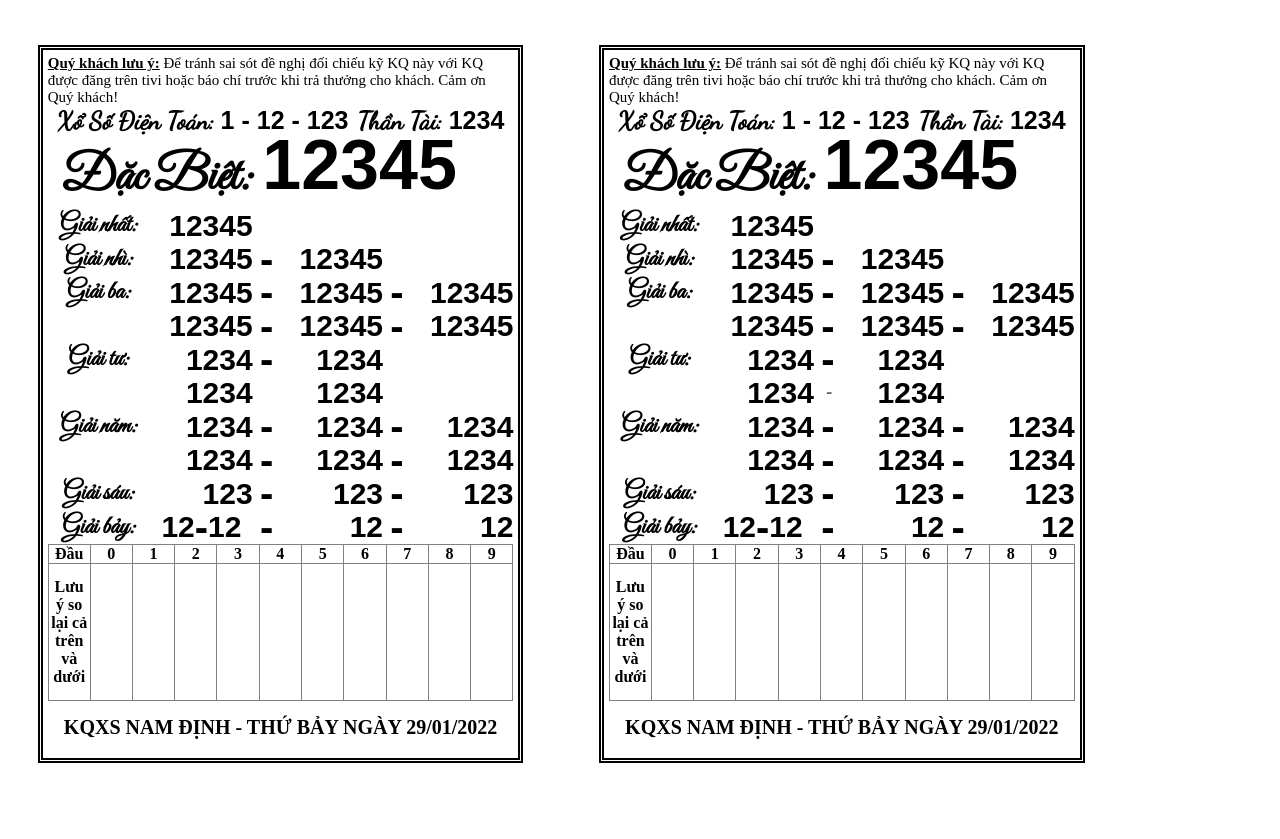
Repository: AnhDuc0125/xskt123
Page: index.html
An editor plug-in stored every save of this project. The page is shown before and after the next save, followed by the edit.
The browser window is 1280 px wide. The pictures show the whole page.
The page's requests for data from a server got no answer. Some web fonts or font styles are not loaded; a fallback is used.

Above is the page before, as saved 2022-01-29 18:30:57.

After the next save:
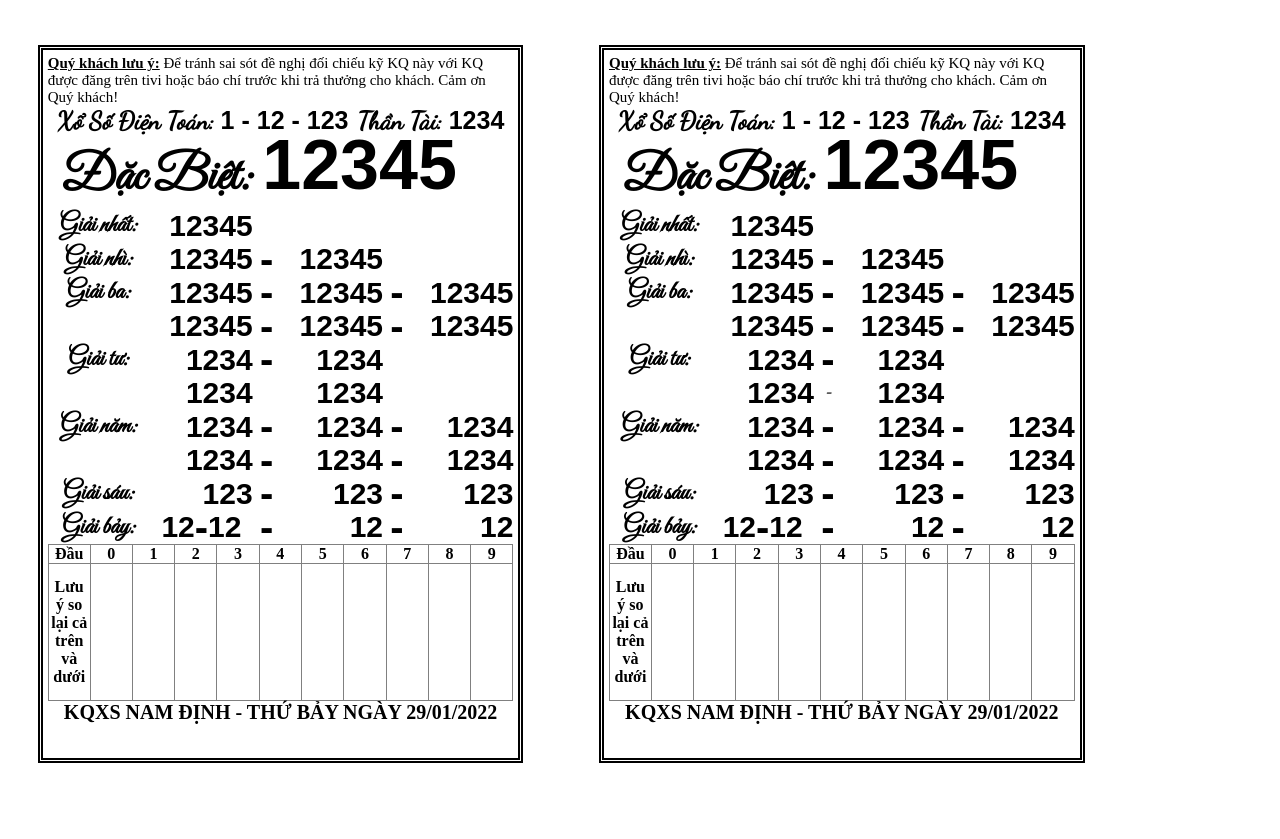
Saved 10 s later.
--- a/style.css
+++ b/style.css
@@ -158,5 +158,5 @@ th.cols {
   font-size: 20px;
   display: flex;
   justify-content: center;
-  align-items: center;
+  align-items: bottom;
 }
